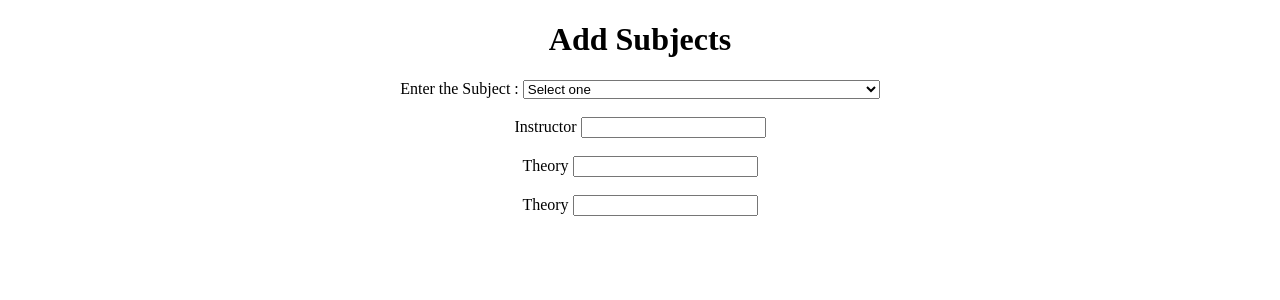
Repository: Gauravsh20/CollegeProject
Page: http://localhost/Clg_project/Add_Subjects.jsp
An editor plug-in stored every save of this project. The page is shown before and after the next save, followed by the edit.
The browser window is 1280 px wide. The pictures show the whole page.
The page is served by Tomcat 9. Other server files are loaded and not shown.

Above is the page before, as saved 2022-10-25 07:17:25.

### Clg_project/src/main/webapp/Add_Subjects.jsp
<%@ taglib uri="http://java.sun.com/jsp/jstl/core" prefix="c" %>
<%@ page language="java" contentType="text/html; charset=ISO-8859-1"
    pageEncoding="ISO-8859-1"%>
<!DOCTYPE html>
<html>
<head>
<meta charset="ISO-8859-1">
<title>Insert title here</title>
<script src="https://code.jquery.com/jquery-3.5.1.min.js"></script>
</head>
<body>
<script>
    $(document) .ready(function() {
    	$("#subject").change(function(){
    	var values=$("#subject option:selected");
    	if(values.text()=="C#"){
    		$("#instructor").val("NIIT Instr");
    		$("#theory").val(84);
    		$("#practical").val(56);
        	}
    	if(values.text()=="PC Architecture"){
    		$("#instructor").val("Lt Col Pankaj Verma");
    		$("#theory").val(42);
    		$("#practical").val(14);
        	}
    	if(values.text()=="PC Hardware 1"){
    		$("#instructor").val("Lt Col Pankaj Verma");
    		$("#theory").val(90);
    		$("#practical").val(50);
        	}
    	if(values.text()=="PC Hardware 2"){
    		$("#instructor").val("Maj Abhishek Rai");
    		$("#theory").val(69);
    		$("#practical").val(41);
        	}
    	if(values.text()=="Microprocessor Interfacing devices & Embedded System"){
    		$("#instructor").val("Maj Dinesh Dahiya");
    		$("#theory").val(107);
    		$("#practical").val(93);
        	}
    	if(values.text()=="Operating System"){
    		$("#instructor").val("Lt Col KP Krishna Kumar");
    		$("#theory").val(80);
    		$("#practical").val(70);
        	}
    	if(values.text()=="Data Structures"){
    		$("#instructor").val("Lt Col Ajay Kacker");
    		$("#theory").val(60);
    		$("#practical").val(0);
        	}
    	if(values.text()=="SQL Server"){
    		$("#instructor").val("NIIT Instr");
    		$("#theory").val(60);
    		$("#practical").val(156);
        	}
    	});
    	});
</script>
<center>
<h1>Add Subjects</h1>

<form action="">
Enter the Subject :
<select id="subject" rname="subject" required="required">
<option value="" selected="selected">Select one</option>
<option  value = "PC Architecture">PC Architecture</option>
<option value = "PC Hardware 1">PC Hardware 1</option>
<option value = "PC Hardware 2">PC Hardware 2</option>
<option value = "Microprocessor Interfacing devices & Embedded System">Microprocessor Interfacing devices & Embedded System</option>
<option value = "C#">C#</option>
<option value = "Data Structures">Data Structures</option>
<option value = "Operating System">Operating System</option>
<option value = "SQL Server">SQL Server</option>
</select> <br/><br/>
Instructor
<input type="txt" id="instructor" name="instructor"><br/><br/>
Theory
<input type="number" id="theory" name="theory"><br/><br/>
Theory
<input type="number" id="practical" name="practical"><br/><br/>
</form>
</center>
</body>
</html>

After the next save:
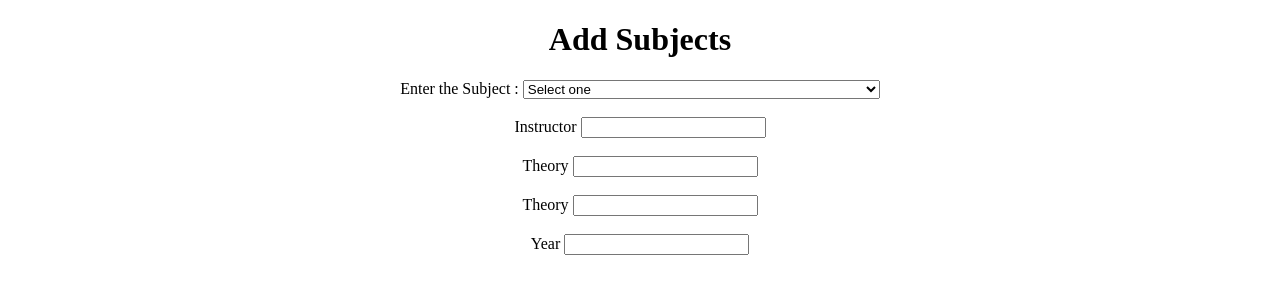
Saved 36 s later.
--- a/Clg_project/src/main/webapp/Add_Subjects.jsp
+++ b/Clg_project/src/main/webapp/Add_Subjects.jsp
@@ -78,6 +78,8 @@ Theory
 <input type="number" id="theory" name="theory"><br/><br/>
 Theory
 <input type="number" id="practical" name="practical"><br/><br/>
+Year
+<input type="number" name="year"><br/><br/>
 </form>
 </center>
 </body>
